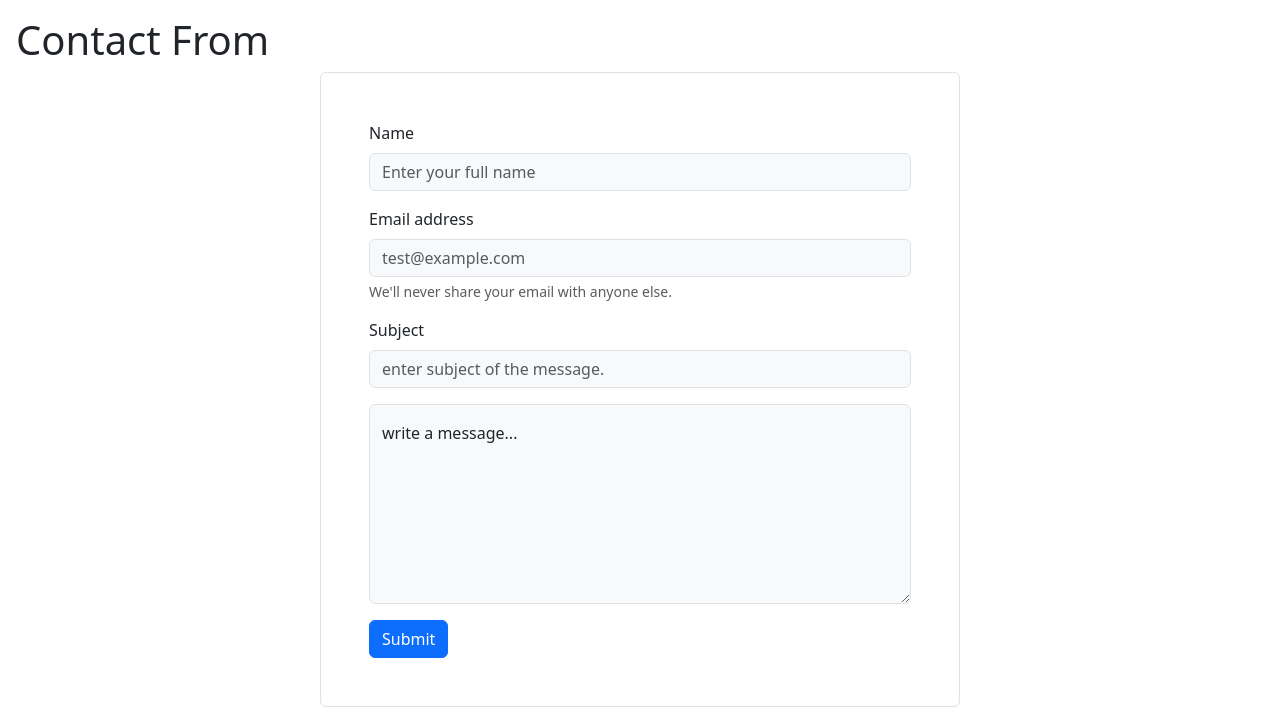
Repository: syni18/bootstrap_form
Page: index.html
These files come from the project's save history. The page is drawn as it stood at one moment and after the next save; the edit follows.
The browser window is 1280 px wide. The pictures show the whole page.

Above is the page before, as saved 2023-10-26 15:43:32.

### index.html
<!DOCTYPE html>
<html lang="en">
<head>
    <meta charset="UTF-8">
    <meta name="viewport" content="width=device-width, initial-scale=1.0">
    <link href="https://cdn.jsdelivr.net/npm/bootstrap@5.3.2/dist/css/bootstrap.min.css" rel="stylesheet" integrity="sha384-T3c6CoIi6uLrA9TneNEoa7RxnatzjcDSCmG1MXxSR1GAsXEV/Dwwykc2MPK8M2HN" crossorigin="anonymous">
    <title>Contact From</title>
</head>
<body class="">
    <h1 class="display-6 ms-3 mt-3">Contact From</h1>
    <form class="container w-50 border p-5 rounded bg-white">
  <div class="mb-3">
    <label for="exampleInputName1" class="form-label">Name</label>
    <input type="name" class="form-control bg-body-tertiary
" id="exampleInputName1" aria-describedby="NameHelp" placeholder="Enter your full name">
  </div>
  <div class="mb-3">
    <label for="exampleInputEmail1" class="form-label">Email address</label>
    <input type="email" class="form-control bg-body-tertiary" id="exampleInputEmail1" aria-describedby="emailHelp" placeholder="test@example.com">
    <div id="emailHelp" class="form-text">We'll never share your email with anyone else.</div>
  </div>
  <div class="mb-3">
    <label for="exampleInputSubject1" class="form-label">Subject</label>
    <input type="text" class="form-control bg-body-tertiary" id="exampleInputsubject1" aria-describedby="subjectHelp" placeholder="enter subject of the message.">
  </div>
  <div class="form-floating">
  <textarea class="form-control bg-body-tertiary" placeholder="Leave a comment here" id="floatingTextarea2" style="height: 200px"></textarea>
  <label for="floatingTextarea2">write a message...</label>
</div>

  <button type="submit" class="btn btn-primary mt-3">Submit</button>
</form>
    <script src="https://cdn.jsdelivr.net/npm/bootstrap@5.3.2/dist/js/bootstrap.bundle.min.js" integrity="sha384-C6RzsynM9kWDrMNeT87bh95OGNyZPhcTNXj1NW7RuBCsyN/o0jlpcV8Qyq46cDfL" crossorigin="anonymous"></script>
</body>
</html>

After the next save:
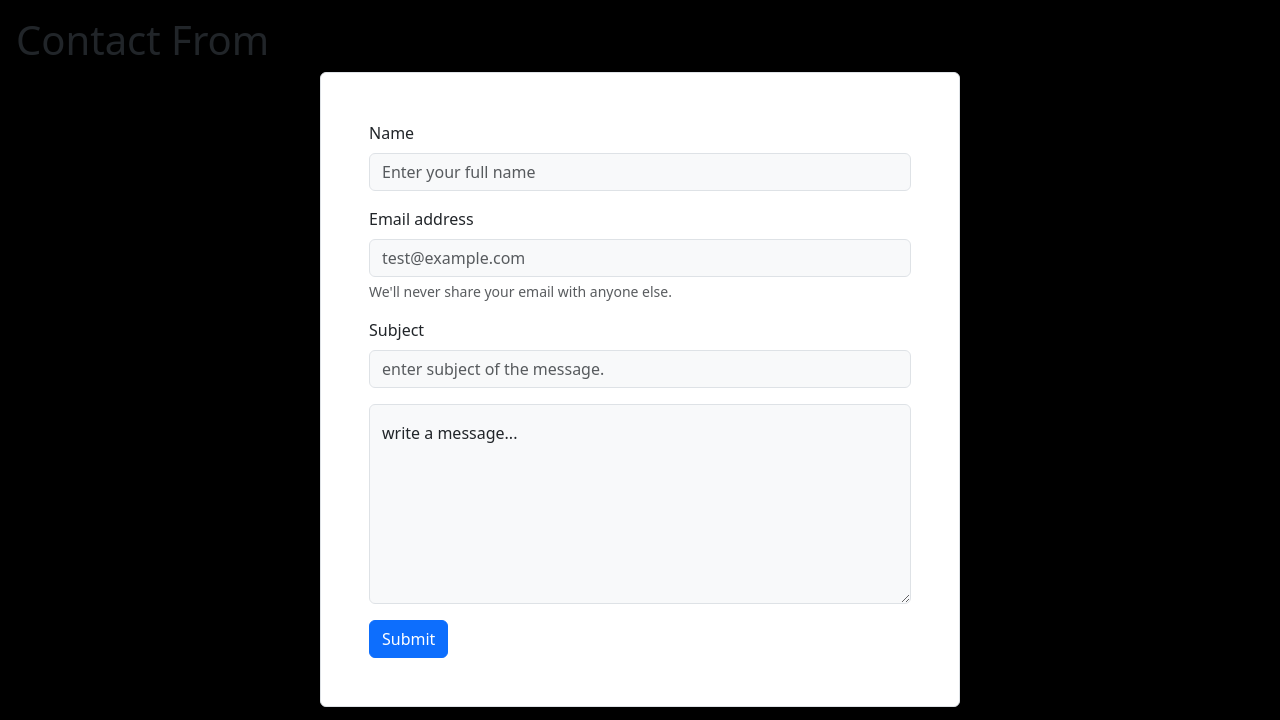
Saved 4 s later.
--- a/index.html
+++ b/index.html
@@ -6,7 +6,7 @@
     <link href="https://cdn.jsdelivr.net/npm/bootstrap@5.3.2/dist/css/bootstrap.min.css" rel="stylesheet" integrity="sha384-T3c6CoIi6uLrA9TneNEoa7RxnatzjcDSCmG1MXxSR1GAsXEV/Dwwykc2MPK8M2HN" crossorigin="anonymous">
     <title>Contact From</title>
 </head>
-<body class="">
+<body class="bg-black">
     <h1 class="display-6 ms-3 mt-3">Contact From</h1>
     <form class="container w-50 border p-5 rounded bg-white">
   <div class="mb-3">
